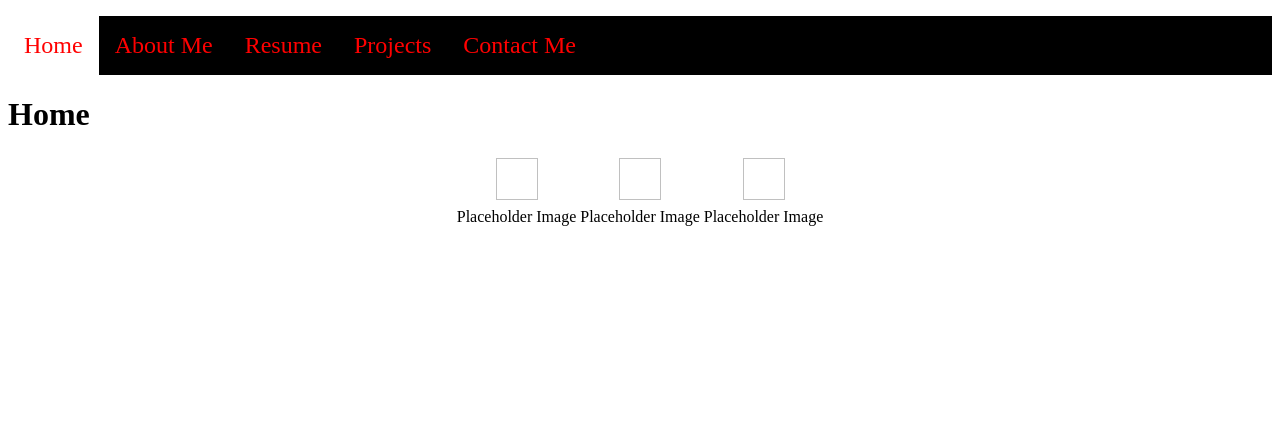
Repository: Kur0bane/Kur0bane.github.io
Page: index.html
The author's editor kept a record of every edit. The page is drawn from the files as they stood at one moment, then again after the next edit.
The browser window is 1280 px wide. The pictures show the whole page.

Above is the page before.

### index.html
<!DOCTYPE html>
<html>
    <head>
    <title>Home</title>
    <link rel="stylesheet" type="text/css" href="style.css">

    </head>

    <body>
        <ul class="navbar">
            <li class="active"><a href="index.html">Home</a></li>
            <li><a href="aboutme.html">About Me</a></li>
            <li><a href="resume.html">Resume</a></li>
            <li class="dropdown">
                <div>Projects</div>
                <ul class="dropdown-content">
                    <li><a href="project1.html">Project 1</a></li>
                    <li><a href="project2.html">Project 2</a></li>
                    <li><a href="project3.html">Project 3</a></li>
                </ul>
            </li>
            <li><a href="contactme.html">Contact Me</a></li>
        </ul>

        <h1>Home</h1>
        <table align="center">
            <tr>
                <td><img scr="Danganronpa.jpg" style="width:42px;height:42px;"></td>
                <td><img scr="Danganronpa.jpg" style="width:42px;height:42px;"></td>
                <td><img scr="Danganronpa.jpg" style="width:42px;height:42px;"></td>
            </tr>
            <tr>
                <td>Placeholder Image</td>
                <td>Placeholder Image</td>
                <td>Placeholder Image</td>
            </tr>
        </table>

    </body>
</html>

### style.css
        .navbar{
            list-style: none;
            background: black;
            overflow: hidden;
            padding: 0;
        }

        .navbar a, .dropdown div{
            text-decoration: none;
            color: red;
            font-size: 24px;
            padding: 16px;
            display: inline-block;
        }

        .navbar li{
            float: left;
        }

        .navbar li:hover{
            background-color: white;
        }

        .dropdown-content{
            list-style: none;
            padding: 0;
            display: none;
            position: absolute;
            z-index: 1;
            background-color: black;
        }

        .dropdown-content li{
            float: none;
        }

        .dropdown:hover .dropdown-content{
            display: block;
        }

        .active{
            background-color: white;
        }

        td{
            text-align: center;
        }

After the next edit:
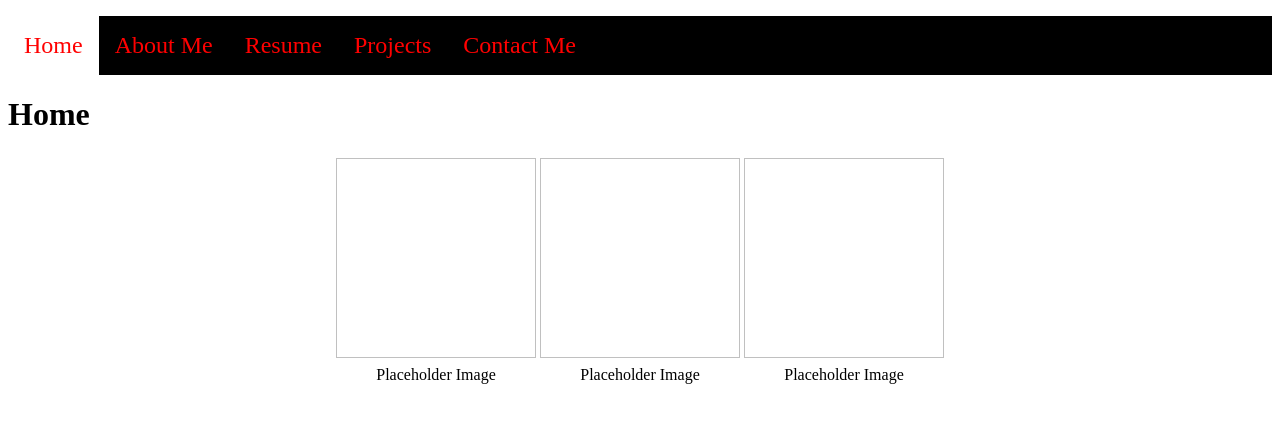
The edit:
--- a/index.html
+++ b/index.html
@@ -25,9 +25,9 @@
         <h1>Home</h1>
         <table align="center">
             <tr>
-                <td><img scr="Danganronpa.jpg" style="width:42px;height:42px;"></td>
-                <td><img scr="Danganronpa.jpg" style="width:42px;height:42px;"></td>
-                <td><img scr="Danganronpa.jpg" style="width:42px;height:42px;"></td>
+                <td><img scr="/images/Danganronpa.jpg" style="width:200px;height:200px;"></td>
+                <td><img scr="/images/Danganronpa.jpg" style="width:200px;height:200px;"></td>
+                <td><img scr="/images/Danganronpa.jpg" style="width:200px;height:200px;"></td>
             </tr>
             <tr>
                 <td>Placeholder Image</td>
